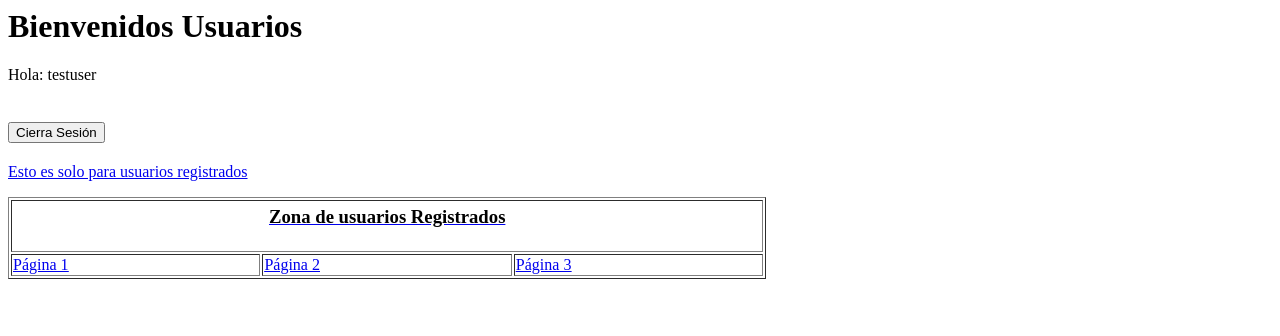
Repository: dasafo/PHP_MySQL_curso
Page: http://localhost/UsuariosRegistrados1.php
The author's editor kept a copy of each file at every save. The page is drawn from the files as they stood at one save, then again after the next save.
The browser window is 1280 px wide. The pictures show the whole page.
The page is run by PHP 8.4 with error messages shown; the project is at /var/www/html/. The session is filled in as if someone had signed in: {"usuario": "testuser"}.

Above is the page before, as saved 2018-11-09 18:06:33.

After the next save:
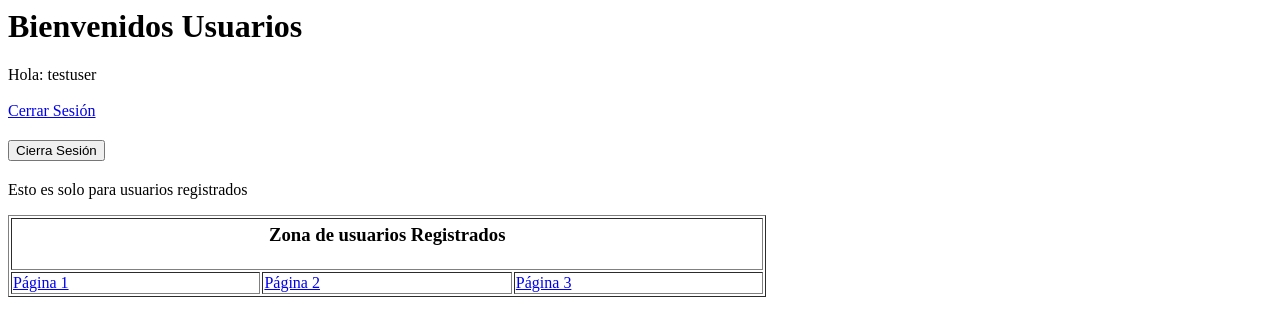
Saved 22 s later.
--- a/SistemaLogin_39/UsuariosRegistrados1.php
+++ b/SistemaLogin_39/UsuariosRegistrados1.php
@@ -27,7 +27,8 @@
 
    ?>
 
-   <a href="Cierre.php>Cerrar Sesión</a>
+   <a href="Cierre.php">Cerrar Sesión</a>
+
     <form action="Cierre.php">
     <h2><input type="submit" value="Cierra Sesión" /></h2>
 	</form>
